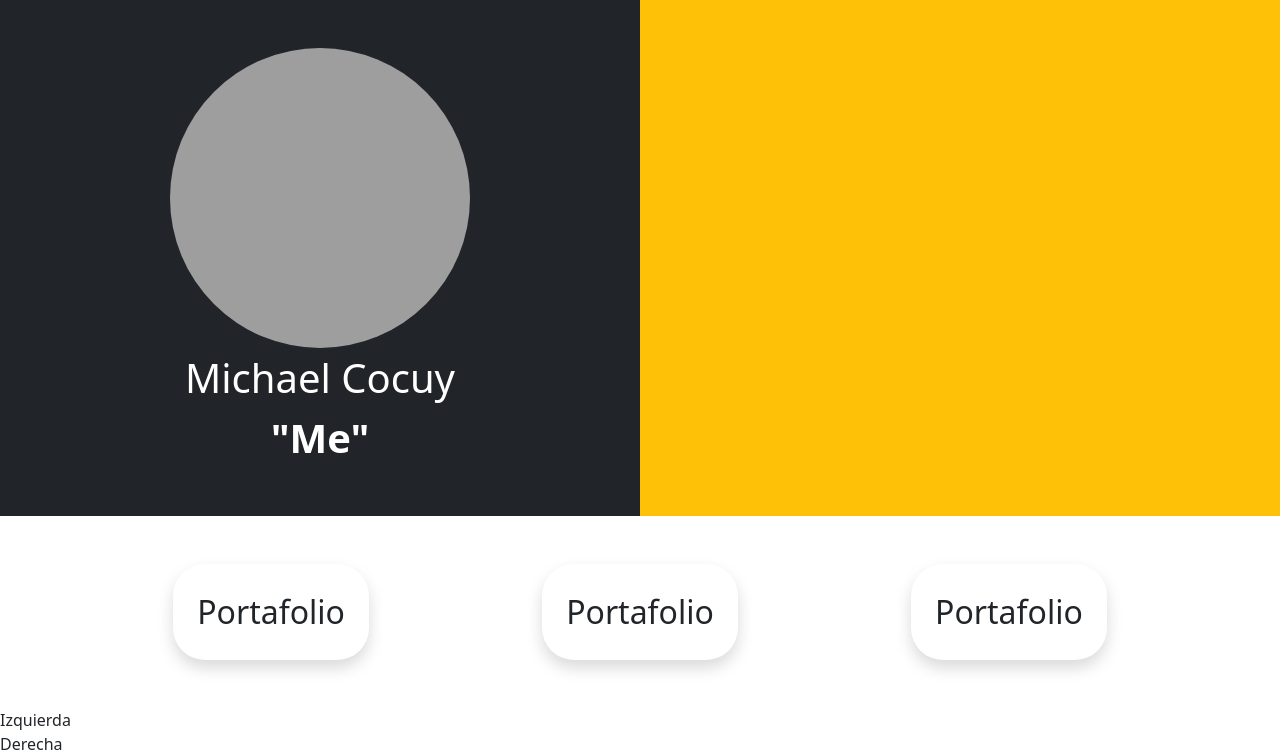
Repository: TzStrikerYT/Dise-o-web-NA00
Page: Proyecto_personal/index.html
The author's editor kept a copy of each file at every save. The page is drawn from the files as they stood at one save, then again after the next save.
The browser window is 1280 px wide. The pictures show the whole page.
Pictures or frames that could not be fetched are drawn as grey boxes.

Above is the page before, as saved 2024-08-30 20:52:08.

After the next save:
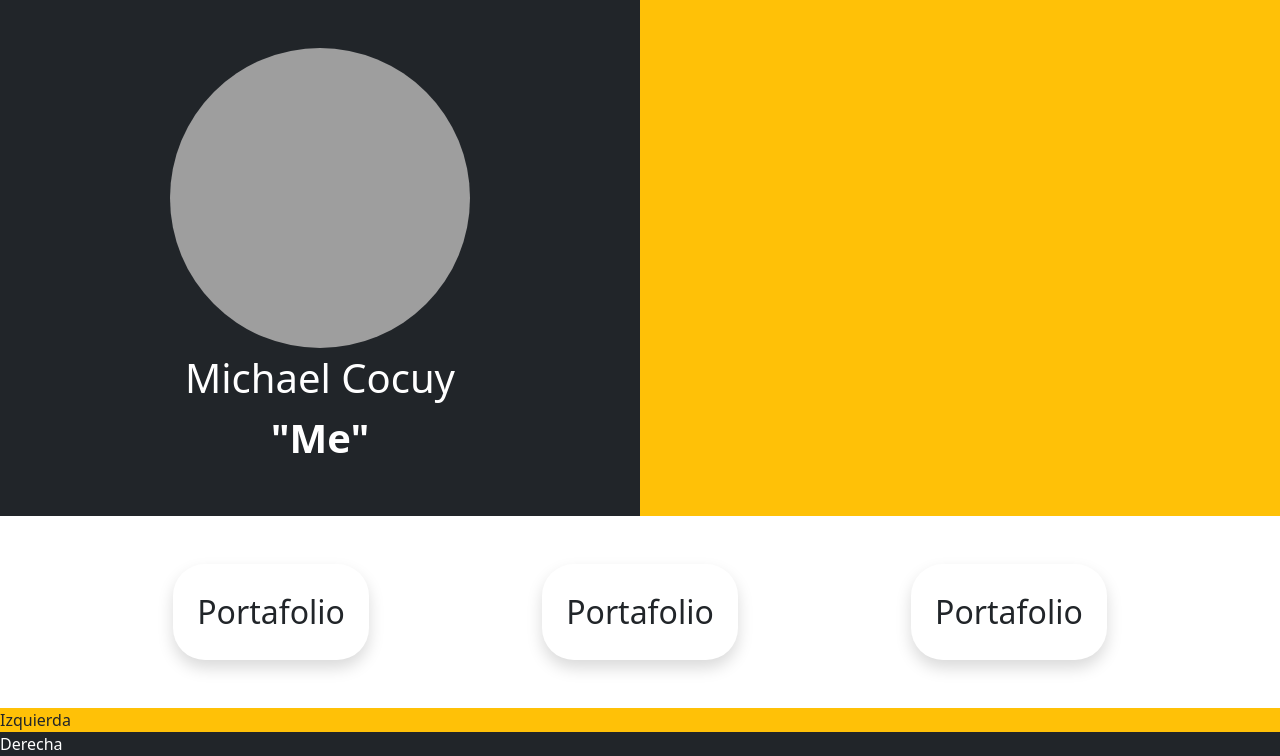
Saved 49 s later.
--- a/Proyecto_personal/index.html
+++ b/Proyecto_personal/index.html
@@ -40,8 +40,8 @@
 
     <section>
 
-      <div>Izquierda</div>
-      <div>Derecha</div>
+      <div class="bg-warning">Izquierda</div>
+      <div class="bg-dark text-white">Derecha</div>
 
     </section>
 
